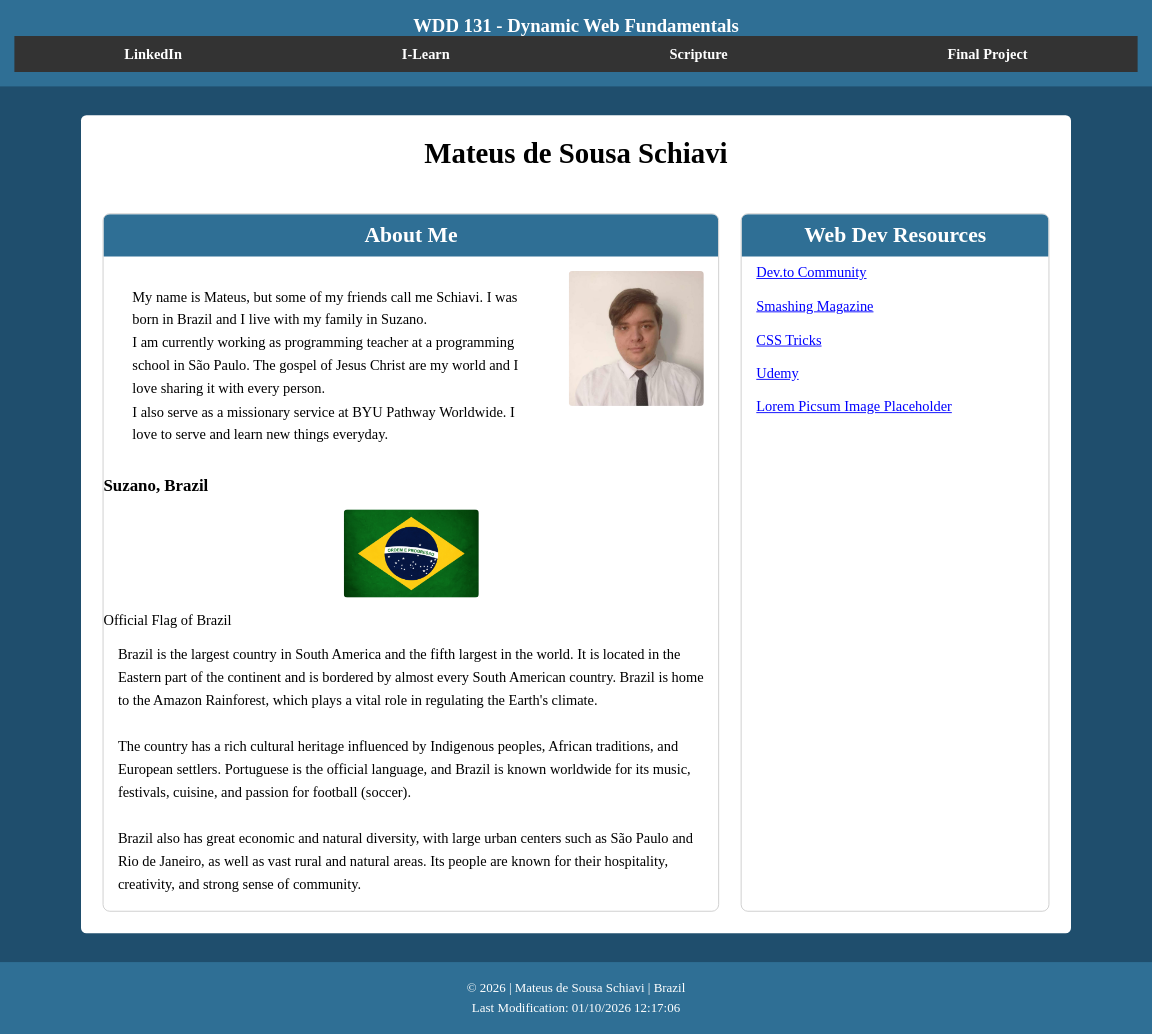
Repository: mateus-schiavi/wdd131
Page: index.html
These files come from the project's save history. The page is drawn as it stood at one moment and after the next save; the edit follows.
The browser window is 1280 px wide. The pictures show the whole page, at 90% of full size.
Some web fonts or font styles are not loaded; a fallback is used.

Above is the page before, as saved 2026-01-10 17:18:09.

After the next save:
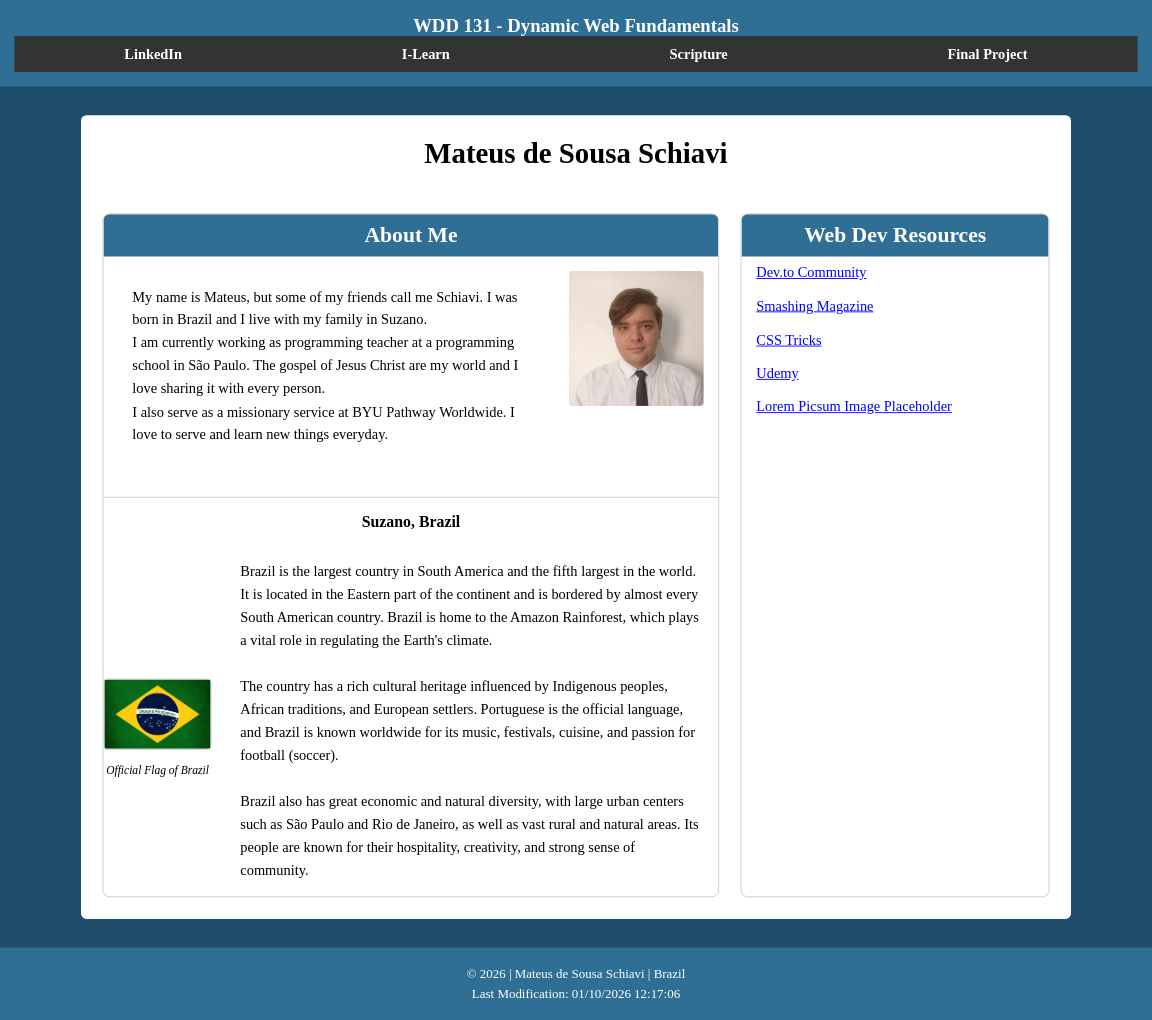
Saved 2 min 24 s later.
--- a/styles/base.css
+++ b/styles/base.css
@@ -135,3 +135,40 @@ footer p {
     margin: 0;
     border-radius: 4px;
 }
+
+.country {
+    margin-top: 1.5rem;
+    padding-top: 1rem;
+    border-top: 1px solid var(--border-color);
+}
+
+.country h3 {
+    text-align: center;
+    margin-bottom: 1rem;
+    font-size: 1.1rem;
+}
+
+.country-content {
+    display: flex;
+    align-items: center;
+    gap: 1rem;
+}
+
+.country-content img {
+    max-width: 120px;
+    border: 1px solid var(--border-color);
+}
+
+.country-content p {
+    line-height: 1.6;
+}
+
+figure {
+    text-align: center;
+}
+
+figcaption {
+    font-size: 0.8rem;
+    margin-top: 0.3rem;
+    font-style: italic;
+}
